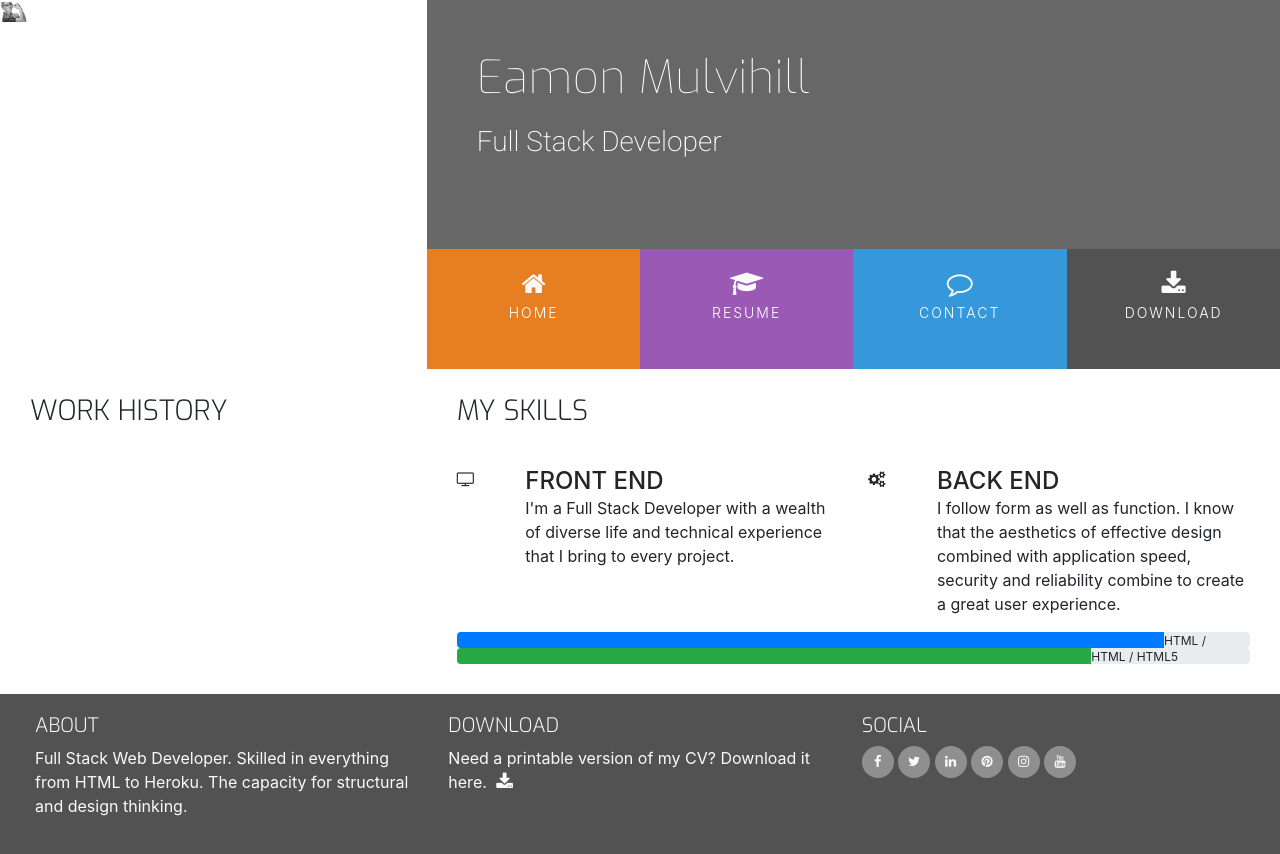
Repository: emulvihi/interactive-cv
Page: resume.html
The author's editor kept a record of every edit. The page is drawn from the files as they stood at one moment, then again after the next edit.
The browser window is 1280 px wide. The pictures show the whole page.

Above is the page before.

After the next edit:
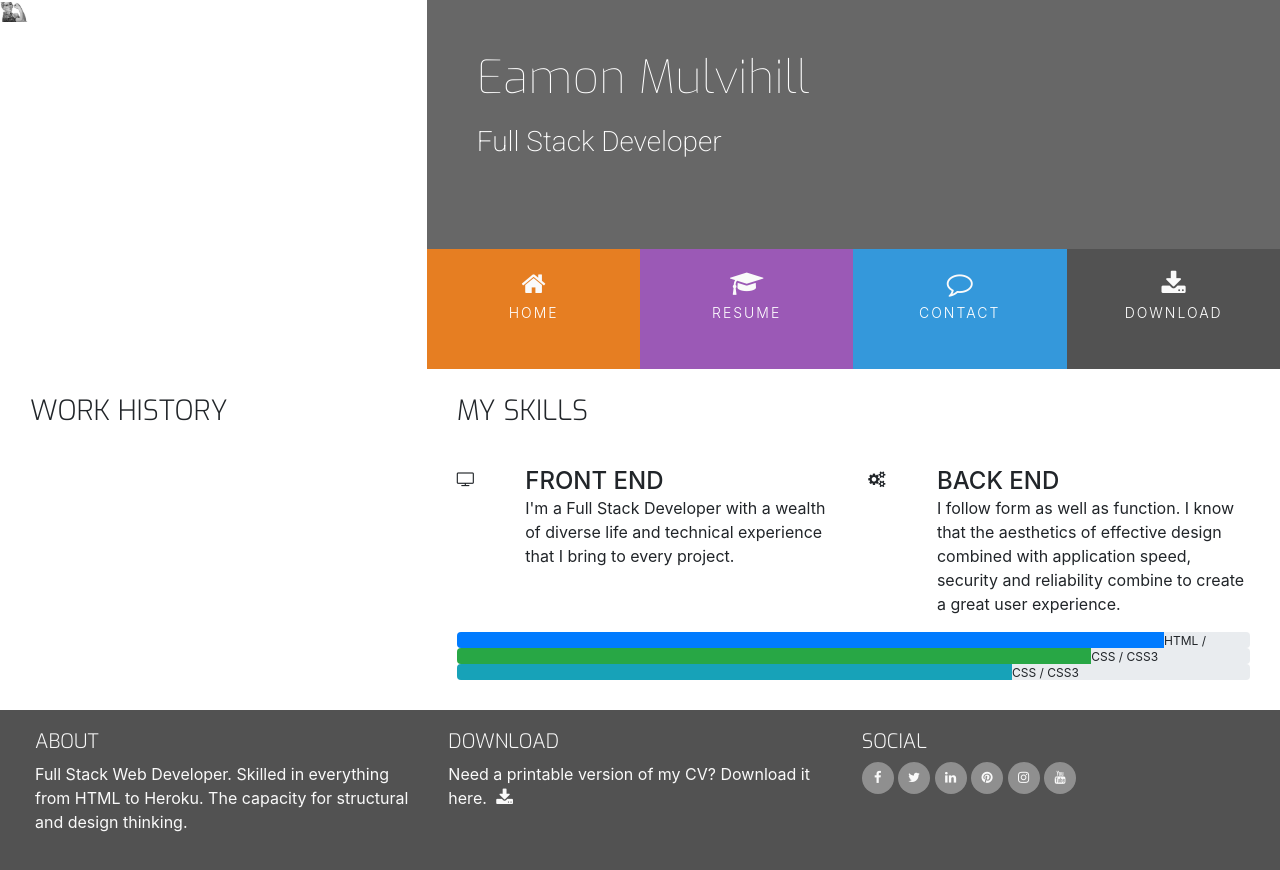
The edit:
--- a/resume.html
+++ b/resume.html
@@ -105,7 +105,13 @@
                             <div class="progress-bar bg-success" role="progressbar" aria-valuenow="80" aria-valuemin="0" aria-valuemax="100" style="width: 80%;">
                                 <span class="sr-only">80% complete</span>
                             </div>
-                            <span class="progress-type">HTML / HTML5</span>
+                            <span class="progress-type">CSS / CSS3</span>
+                        </div>
+                        <div class="progress">
+                            <div class="progress-bar bg-info" role="progressbar" aria-valuenow="70" aria-valuemin="0" aria-valuemax="100" style="width: 70%;">
+                                <span class="sr-only">70% complete</span>
+                            </div>
+                            <span class="progress-type">CSS / CSS3</span>
                         </div>
                     </div>
                 </div>
